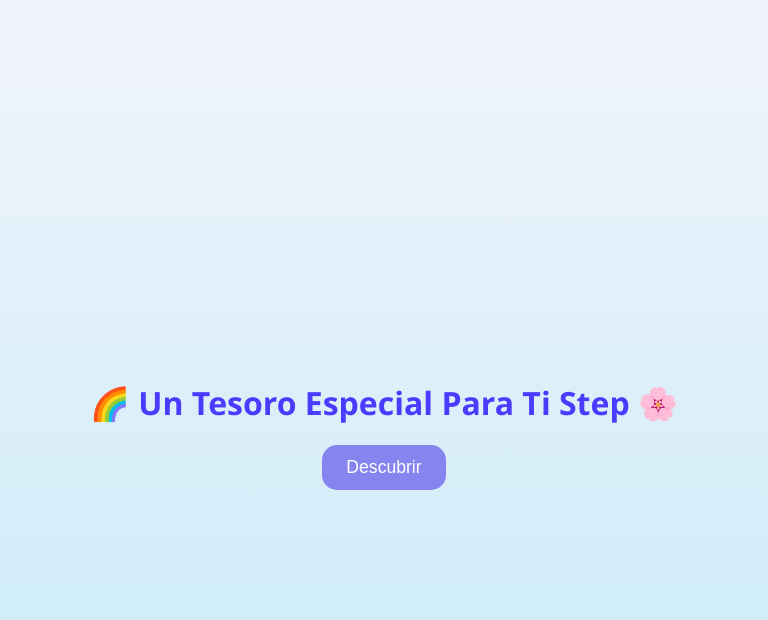
Repository: FernandoPelaez/juego-step
Page: index.html
An editor plug-in stored every save of this project. The page is shown before and after the next save, followed by the edit.
The browser window is 768 px wide. The pictures show the whole page.

Above is the page before, as saved 2025-05-13 22:14:43.
Console error: TypeError: Cannot read properties of null (reading 'addEventListener')

After the next save:
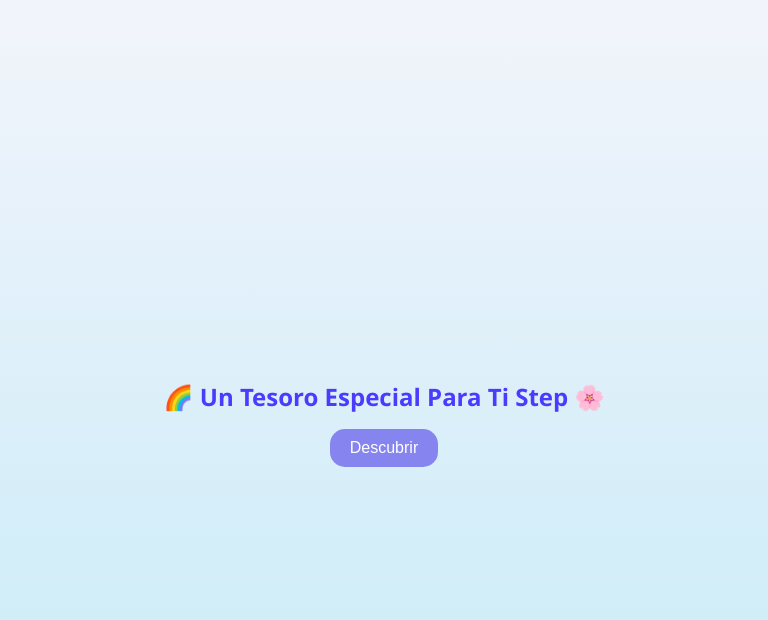
Saved 2 min 29 s later.
--- a/style.css
+++ b/style.css
@@ -93,3 +93,46 @@ button:hover {
 .mensaje-final button {
   margin-top: 20px;
 }
+
+/* Responsive para celulares */
+@media (max-width: 768px) {
+  h1 {
+    font-size: 1.5rem;
+    padding: 0 10px;
+  }
+
+  h2 {
+    font-size: 1.2rem;
+    padding: 0 10px;
+  }
+
+  .tablero {
+    grid-template-columns: repeat(4, 60px); /* Menos columnas para pantallas pequeñas */
+    gap: 12px;
+  }
+
+  .carta {
+    width: 60px;
+    height: 60px;
+    font-size: 1.5rem;
+  }
+
+  button {
+    padding: 10px 20px;
+    font-size: 1rem;
+  }
+
+  .pantalla-inicial, .juego, .mensaje-final {
+    margin-top: 30px;
+    padding: 0 10px;
+  }
+
+  .mensaje-acierto {
+    font-size: 1rem;
+    min-height: 1.2rem;
+  }
+
+  .mensaje-final {
+    font-size: 1.5rem;
+  }
+}
